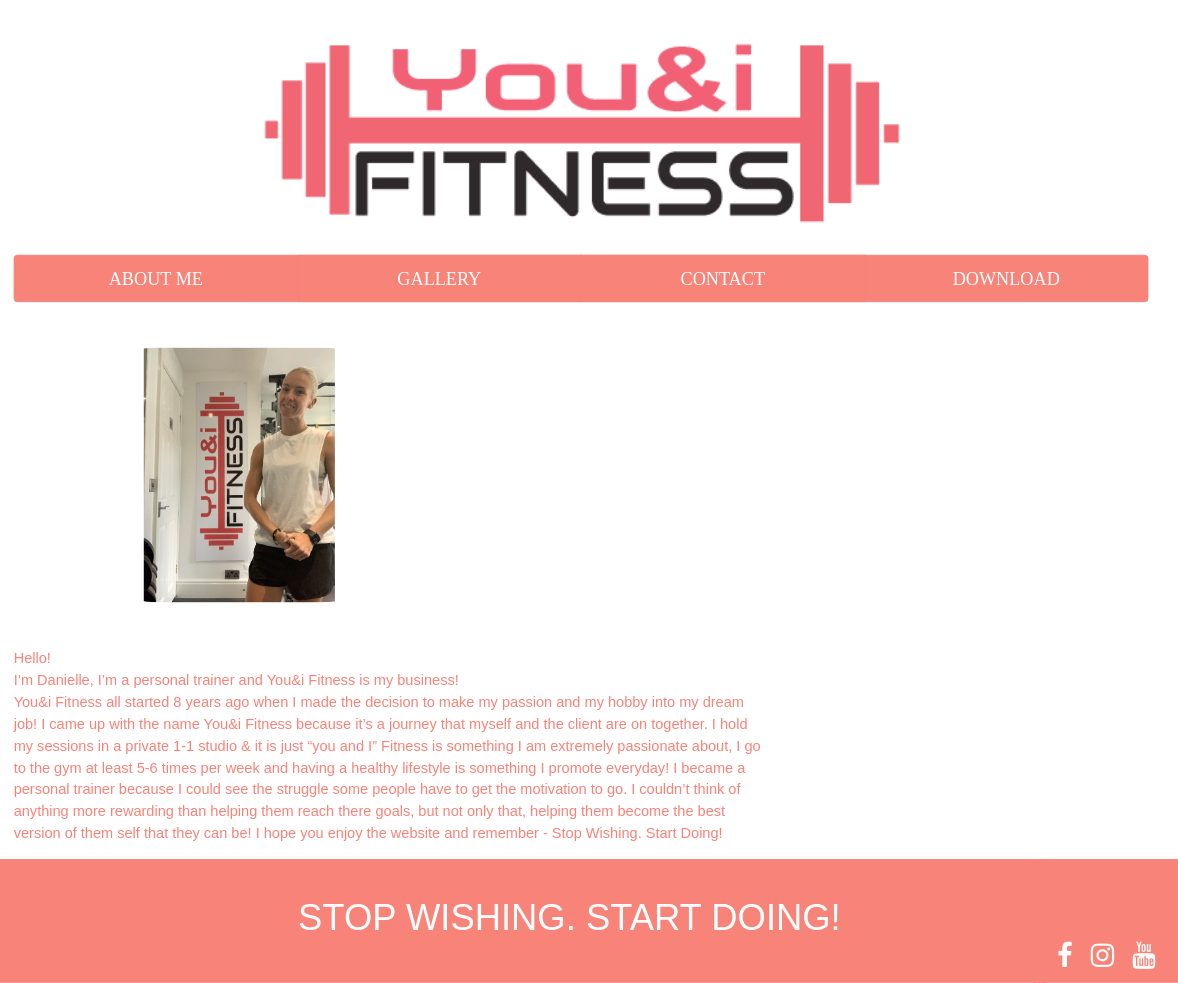
Repository: Code-Institute-Submissions/you-i
Page: pages/index.html
The author's editor kept a record of every edit. The page is drawn from the files as they stood at one moment, then again after the next edit.
The browser window is 1280 px wide. The page is 1295 px wide, so the pictures cover 1295 px, including what lies to the right of the window. The pictures show the whole page, at 91% of full size.
Some web fonts or font styles are not loaded; a fallback is used.

Above is the page before.

### pages/index.html
<!DOCTYPE html>
<html lang="en">

<head>
    <meta charset="UTF-8">
    <meta name="viewport" content="width=device-width, initial-scale=1.0">
    <meta http-equiv="X-UA-Compatible" content="ie=edge">
    <link rel="stylesheet" href="https://stackpath.bootstrapcdn.com/bootstrap/4.3.1/css/bootstrap.min.css" type="text/css" />
    <link rel="stylesheet" href="https://stackpath.bootstrapcdn.com/font-awesome/4.7.0/css/font-awesome.min.css" type="text/css" />
    <link rel="stylesheet" href="https://cdnjs.cloudflare.com/ajax/libs/hover.css/2.3.1/css/hover-min.css" type="text/css" />
    <link href="https://fonts.googleapis.com/css?family=Coda&display=swap" rel="stylesheet">
    <link rel="stylesheet" href="style.css" type="text/css" />
    <title>You&i Fitness</title>
</head>

<body>
    <header class="container-fluid">
        <div class="row">
            <div class="col logo">
            </div>
        </div>
        <div class="row">
            <div class="col">
                <ul id="nav" class="list-group list-group-horizontal navcontainer">
                    <li class="col-6 col-sm-3 list-group-item menuitem">
                        <a href="index.html" class="list-item-background"><span>About Me</span></a>
                    </li>
                    <li class="col-6 col-sm-3 list-group-item menuitem">
                        <a href="gallery.html" class="list-item-background"><span>Gallery</span></a>
                    </li>
                    <li class="col-6 col-sm-3 list-group-item menuitem">
                        <a href="contact.html" class="list-item-background"><span>Contact</span></a>
                    </li>
                    <li class="col-6 col-sm-3 list-group-item menuitem">
                        <a href="download.html" class="list-item-background"><span>Download</span></a>
                    </li>
                </ul>
            </div>
        </div>
    </header>
    <section class="container-fluid">
        <div class="row">
            <div class="col-md-4 headshot">
            </div>
            <div class="col-md-8 paragraph">
                    <p>Hello! </br> I’m Danielle, I’m a personal trainer and You&i Fitness is my business! </br>You&i Fitness all started 8 years ago when I made the decision to make my passion and my hobby into my dream job! I came up with the name You&i Fitness because
                        it’s a journey that myself and the client are on together. I hold my sessions in a private 1-1 studio & it is just “you and I” Fitness is something I am extremely passionate about, I go to the gym at least 5-6 times per week and
                        having a healthy lifestyle is something I promote everyday! I became a personal trainer because I could see the struggle some people have to get the motivation to go. I couldn’t think of anything more rewarding than helping them
                        reach there goals, but not only that, helping them become the best version of them self that they can be! I hope you enjoy the website and remember - Stop Wishing. Start Doing! </p>
                </div>
        </div>


    </section>
    <footer class="container-fluid">
        <div class="row">
            <div class="col footer-color text-center">
                <h1>Stop wishing. Start Doing!</h1>
            </div>
            <div class="row social-links">
                <div class="col social-color">
                    <a href="#" target="_blank">
                    <i class="fa fa-facebook-f social"></i>
                    </a>
                    <a href="#" target="_blank">
                    <i class="fa fa-instagram social"></i>
                    </a>
                    <a href="#" target="_blank">
                    <i class="fa fa-youtube social"></i>
                    </a>
                </div>
            </div>
        </div>
    </footer>
</body>

</html>

### pages/style.css


/*----------header----------*/



.logo{
    background: url(logggooo.png);
    min-height: 280px;
    background-repeat: no-repeat;
    background-size: contain;
    background-position: center;
}

.menuitem{
    text-align: center;
    padding: 10px 10px;
    border-color: #f88379;
    background-color: #f88379;
    font-size: 20px;
    text-transform: uppercase;
    font-family: "coda", cursive;
}

span{
    color: #ffffff;
}

.menuitem a{
    text-decoration: none;
}

span:hover{
    color:#fa0505;
    transition: ease-in-out;
}

/*----------footer----------*/

.footer-color{
    background-color: #f88379;
    color: #ffffff;
    text-align: center;
    padding: 40px;
}

h1{
    font-family: "coda", sans-serif;
    text-transform: uppercase;
    text-align: center;
    padding-left: 100px;
}

.social-color{
    background-color: #f88379;
    float: right;
}


.social-color a i {
    text-decoration: none;
    font-size: 30px;
    float: left;
    padding: 90px 10px 10px 10px;
    color: #ffffff;

}

.social-color a i:hover{
    color:#fa0505;
}

/*----------gallery----------*/

.img1, .img2, .img3, .img4 {
    max-height: 400px;
    max-width: 400px;
    border-radius: 30%;
    padding: 50px;
    margin-left: 100px;
}

/*----------download----------*/

.download-plan a i{
    color: #f88379;
    font-size: 150px;
    text-align: center;
    padding: 100px;
    padding-bottom: 30px;
    padding-top: 60px;
}

.download-plan a i:hover{
    color:#fa0505;
}

.download-text{
    padding-left:160px;
    padding-right:30px;
    padding-bottom: 20px;
    font-family: "coda", sans-serif;
    text-align: center;
    color: #f88379;
}

/*----------contact----------*/

.form {
    padding: 20px 40px;
    color: #f88379;
}

/*----------index----------*/

.headshot {
    background: url(IMG_0739.jpg);
    min-height: 280px;
    background-repeat: no-repeat;
    background-size: contain;
    background-position: center;
    padding: 50px;
    border-radius: 30%;
    margin: 50px;
}

.paragraph {
    font-family:"coda", sans-serif;
    color: #f88379;

}

After the next edit:
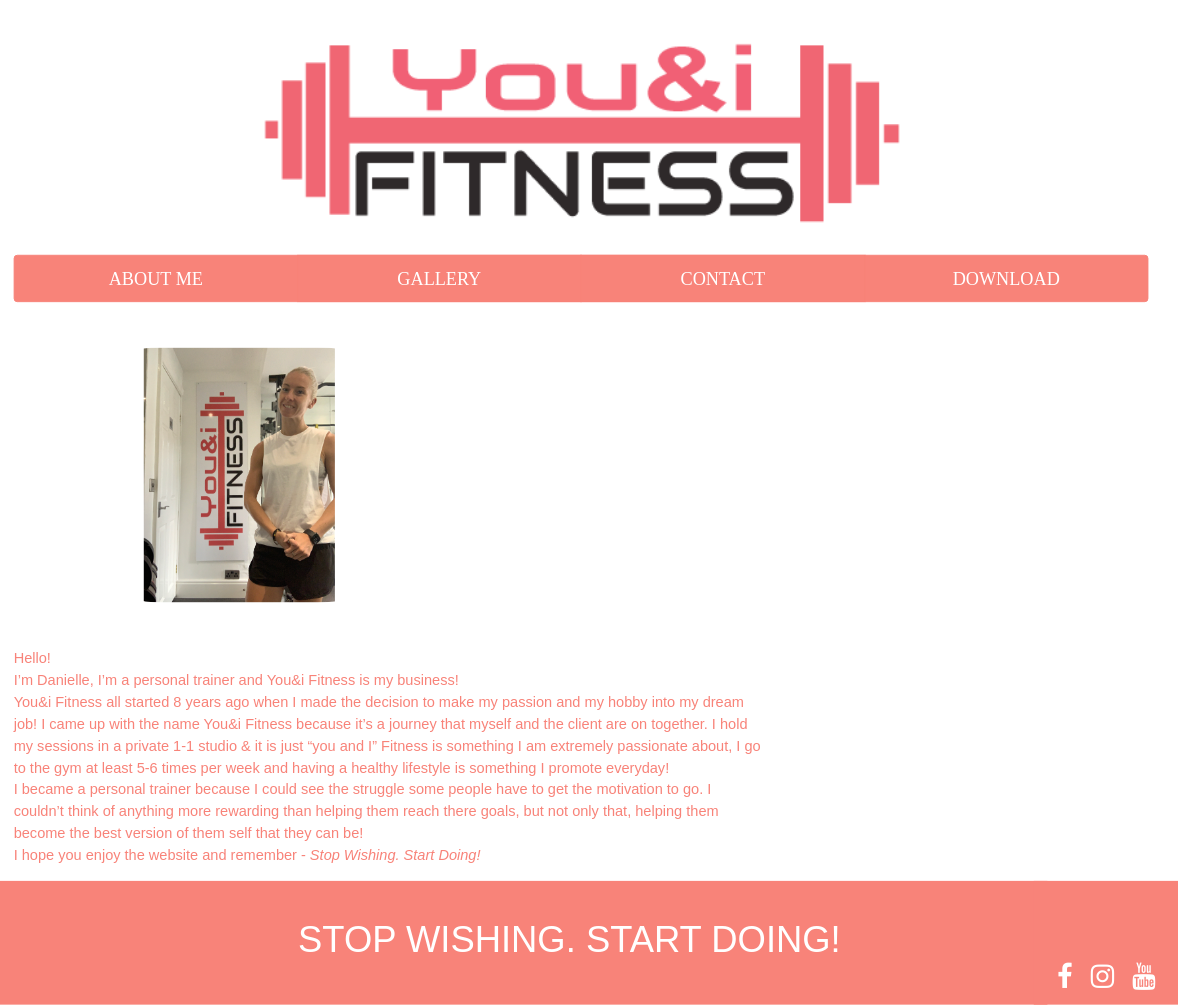
The edit:
--- a/pages/index.html
+++ b/pages/index.html
@@ -45,8 +45,8 @@
             <div class="col-md-8 paragraph">
                     <p>Hello! </br> I’m Danielle, I’m a personal trainer and You&i Fitness is my business! </br>You&i Fitness all started 8 years ago when I made the decision to make my passion and my hobby into my dream job! I came up with the name You&i Fitness because
                         it’s a journey that myself and the client are on together. I hold my sessions in a private 1-1 studio & it is just “you and I” Fitness is something I am extremely passionate about, I go to the gym at least 5-6 times per week and
-                        having a healthy lifestyle is something I promote everyday! I became a personal trainer because I could see the struggle some people have to get the motivation to go. I couldn’t think of anything more rewarding than helping them
-                        reach there goals, but not only that, helping them become the best version of them self that they can be! I hope you enjoy the website and remember - Stop Wishing. Start Doing! </p>
+                        having a healthy lifestyle is something I promote everyday! </br>I became a personal trainer because I could see the struggle some people have to get the motivation to go. I couldn’t think of anything more rewarding than helping them
+                        reach there goals, but not only that, helping them become the best version of them self that they can be!</br> I hope you enjoy the website and remember - <i>Stop Wishing. Start Doing!</i> </p>
                 </div>
         </div>
 
